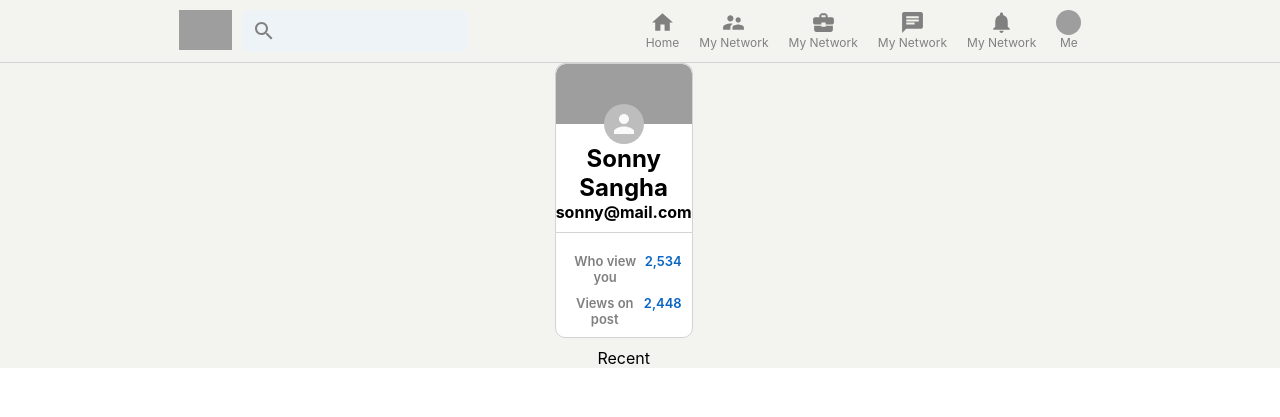
Repository: joaogamarra/linkedin-clone
Page: /
These files come from the project's save history. The page is drawn as it stood at one moment and after the next save; the edit follows.
The browser window is 1280 px wide. The pictures show the whole page.
Pictures or frames that could not be fetched are drawn as grey boxes. The project was rebuilt for these pictures with package versions that can differ from the ones it lists, and the page was loaded fresh each time.

Above is the page before, as saved 2021-02-18 19:53:45.

### src/index.js
import React from 'react'
import ReactDOM from 'react-dom'
import './index.css'
import App from './App'

ReactDOM.render(
	<React.StrictMode>
		<App />
	</React.StrictMode>,
	document.getElementById('root')
)

### src/index.css
* {
	margin: 0;
}

body {
	margin: 0;
	font-family: -apple-system, BlinkMacSystemFont, 'Segoe UI', 'Roboto', 'Oxygen', 'Ubuntu', 'Cantarell',
		'Fira Sans', 'Droid Sans', 'Helvetica Neue', sans-serif;
	-webkit-font-smoothing: antialiased;
	-moz-osx-font-smoothing: grayscale;
}

code {
	font-family: source-code-pro, Menlo, Monaco, Consolas, 'Courier New', monospace;
}

### src/App.js
import './App.css'
import Header from './components/header/Header'
import Sidebar from './components/sidebar/Sidebar'

function App() {
	return (
		<div className='App'>
			<Header />
			<div className='app__body'>
				<Sidebar />
			</div>
		</div>
	)
}

export default App

### src/App.css
.App {
	background-color: #f3f3ef;
	display: flex;
	flex-direction: column;
	align-items: center;
}

.app__body {
	display: flex;
}

### src/components/header/Header.js
import './Header.css'
import HeaderOption from './HeaderOption'
import SearchIcon from '@material-ui/icons/Search'
import HomeIcon from '@material-ui/icons/Home'
import SupervisorAccountIcon from '@material-ui/icons/SupervisorAccount'
import BusinessCenterIcon from '@material-ui/icons/BusinessCenter'
import ChatIcon from '@material-ui/icons/Chat'
import NotificationsIcon from '@material-ui/icons/Notifications'

const Header = () => {
	return (
		<div className='header'>
			<div className='header__left'>
				<img src='https://www.flaticon.com/svg/static/icons/svg/174/174857.svg' alt='' />

				<div className='header__search'>
					<SearchIcon />
					<input type='text' />
				</div>
			</div>
			<div className='header__right'>
				<HeaderOption Icon={HomeIcon} title='Home' />
				<HeaderOption Icon={SupervisorAccountIcon} title='My Network' />
				<HeaderOption Icon={BusinessCenterIcon} title='My Network' />
				<HeaderOption Icon={ChatIcon} title='My Network' />
				<HeaderOption Icon={NotificationsIcon} title='My Network' />
				<HeaderOption
					avatar='https://compassionate-leakey-e9b16b.netlify.app/images/IG_Sonny.jpeg'
					title='Me'
				/>
			</div>
		</div>
	)
}

export default Header

### src/components/sidebar/Sidebar.js
import './Sidebar.css'
import { Avatar } from '@material-ui/core'

const Sidebar = () => {
	return (
		<div className='sidebar'>
			<div className='sidebar__top'>
				<img
					src='https://images.unsplash.com/photo-1579546929518-9e396f3cc809?ixid=MXwxMjA3fDB8MHxwaG90by1wYWdlfHx8fGVufDB8fHw%3D&ixlib=rb-1.2.1&auto=format&fit=crop&w=1350&q=80'
					alt=''
				/>
				<Avatar />
				<h2>Sonny Sangha</h2>
				<h4>sonny@mail.com</h4>
			</div>

			<div className='sidebar__stats'>
				<div className='sidebar__stat'>
					<p>Who view you</p>
					<p className='sidebar__statNumber'>2,534</p>
				</div>
				<div className='sidebar__stat'>
					<p>Views on post</p>
					<p className='sidebar__statNumber'>2,448</p>
				</div>
			</div>

			<div className='sidebar__bottom'>
				<p>Recent</p>
			</div>
		</div>
	)
}

export default Sidebar

### src/components/header/Header.css
.header {
	position: sticky;
	top: 0;
	display: flex;
	justify-content: space-evenly;
	padding: 10px 0;
	width: 100%;
	border-bottom: 0.1px solid lightgray;
	z-index: 30;
}

.header__left {
	display: flex;
}

.header__left > img {
	object-fit: contain;
	height: 40px;
	margin-right: 10px;
}

.header__search {
	padding: 10px;
	display: flex;
	align-items: center;
	border-radius: 5px;
	height: 22px;
	color: gray;
	background-color: #eef3f8;
}

.header__search > input {
	outline: none;
	border: none;
	background: none;
}

.header__right {
	display: flex;
}

### src/components/header/HeaderOption.js
import './HeaderOption.css'
import { Avatar } from '@material-ui/core'

const HeaderOption = ({ avatar, Icon, title }) => {
	return (
		<div className='headerOption'>
			{Icon && <Icon className='headerOption__icon' />}
			{avatar && <Avatar className='headerOption__icon' src={avatar} />}
			<h3 className='headerOption__title'>{title}</h3>
		</div>
	)
}

export default HeaderOption

### src/components/sidebar/Sidebar.css
.sidebar {
	position: sticky;
	flex: 0.2;
	top: 80px;
	height: fit-content;
	border-radius: 10px;
	text-align: center;
}

.sidebar__avatar {
	margin-bottom: 10px;
}

.sidebar__top {
	display: flex;
	flex-direction: column;
	align-items: center;
	border: 1px solid lightgray;
	border-bottom: 0;
	border-top-left-radius: 10px;
	border-top-right-radius: 10px;
	background-color: white;
	padding-bottom: 10px;
}

.sidebar__top > img {
	margin-bottom: -20px;
	width: 100%;
	height: 60px;
	border-top-left-radius: 10px;
	border-top-right-radius: 10px;
}
.sidebar__stats {
	padding: 10px;
	margin-bottom: 10px;
	border: 1px solid lightgray;
	border-bottom-left-radius: 10px;
	border-bottom-right-radius: 10px;
	background-color: white;
}

.sidebar__stat {
	margin-top: 10px;
	display: flex;
	justify-content: space-between;
}

.sidebar__stat > p {
	color: gray;
	font-size: 13px;
	font-weight: 600;
}

.sidebar__statNumber {
	font-weight: bold;
	color: #0a66c2 !important;
}

### src/components/header/HeaderOption.css
.headerOption {
	display: flex;
	flex-direction: column;
	align-items: center;
	margin-right: 20px;
	color: gray;
	cursor: pointer;
}

.headerOption:hover {
	color: black;
}

.headerOption__title {
	font-size: 12px;
	font-weight: 400;
}

.headerOption__icon {
	object-fit: contain;
	height: 25px !important;
	width: 25px !important;
}

Loaded but not shown: public/index.html (common file)

After the next save:
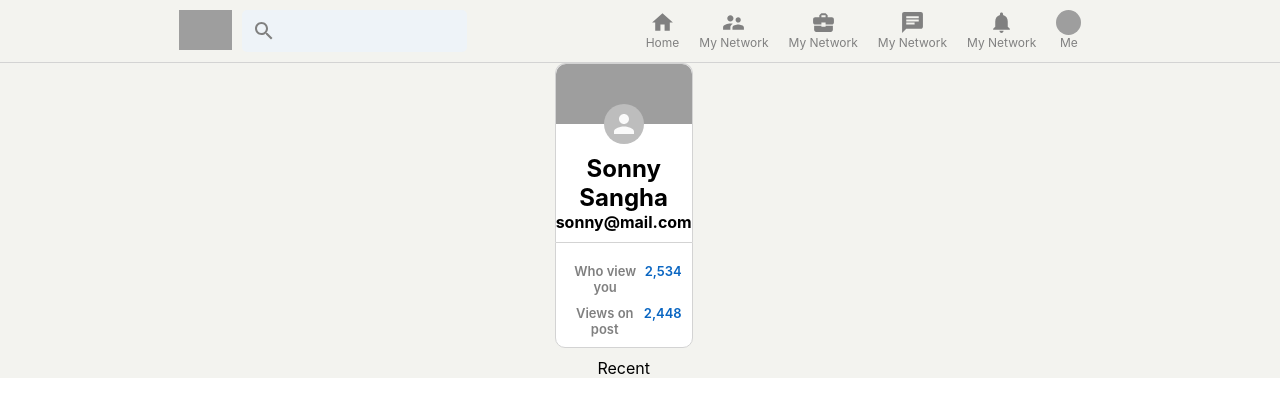
Saved 3 h 7 min later.
--- a/src/components/sidebar/Sidebar.js
+++ b/src/components/sidebar/Sidebar.js
@@ -9,7 +9,7 @@ const Sidebar = () => {
 					src='https://images.unsplash.com/photo-1579546929518-9e396f3cc809?ixid=MXwxMjA3fDB8MHxwaG90by1wYWdlfHx8fGVufDB8fHw%3D&ixlib=rb-1.2.1&auto=format&fit=crop&w=1350&q=80'
 					alt=''
 				/>
-				<Avatar />
+				<Avatar className='sidebar__avatar' />
 				<h2>Sonny Sangha</h2>
 				<h4>sonny@mail.com</h4>
 			</div>
